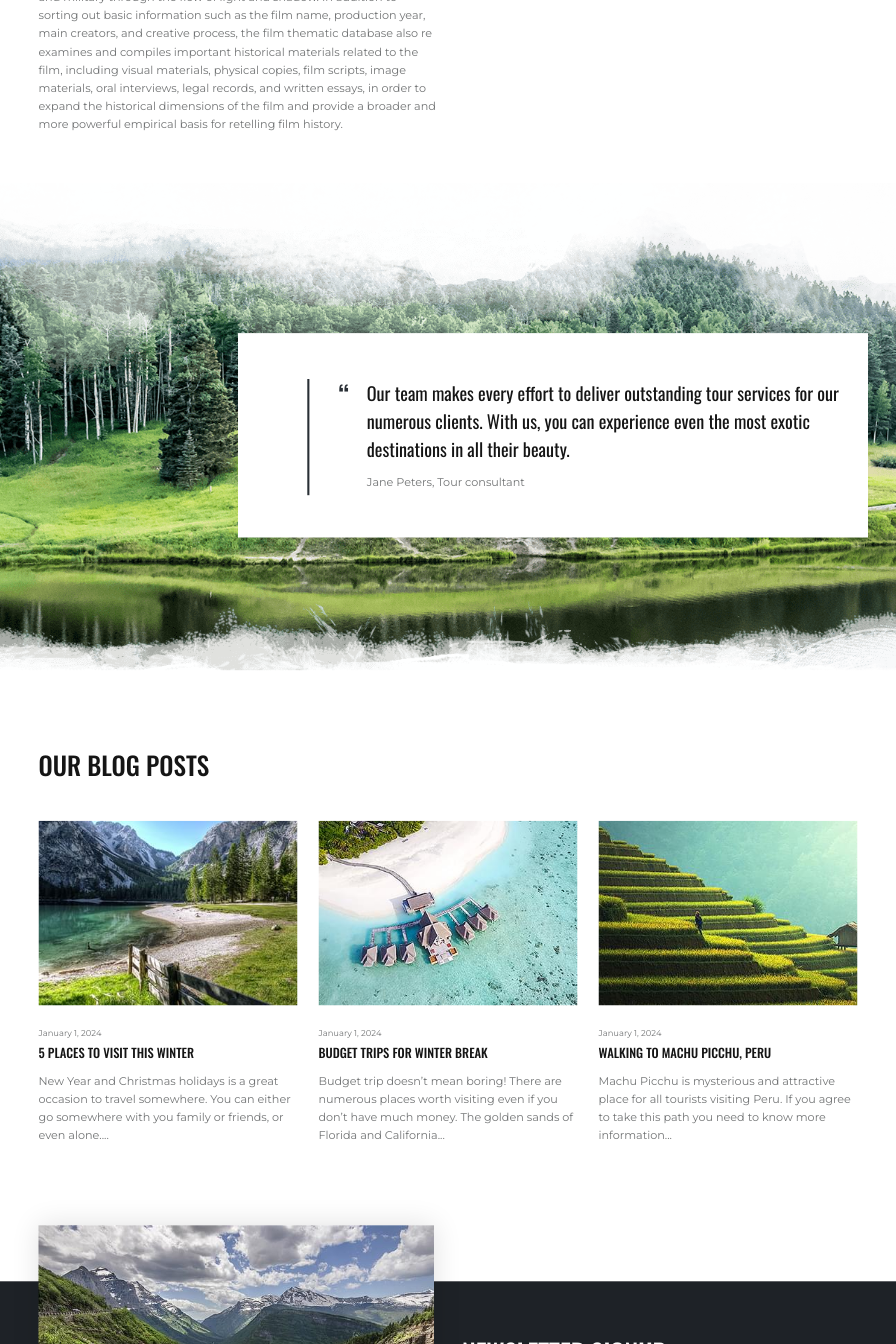
Repository: Jquarker/Modern-Film-Database
Page: index.html
These files come from the project's save history. The page is drawn as it stood at one moment and after the next save; the edit follows.
The browser window is 1280 px wide. The pictures show the part of the page from y = 3538 to 5458 px (the page is 5832 px tall before and 5762 px after), at 70% of full size.

Above is the page before, as saved 2025-02-21 12:15:25.

After the next save:
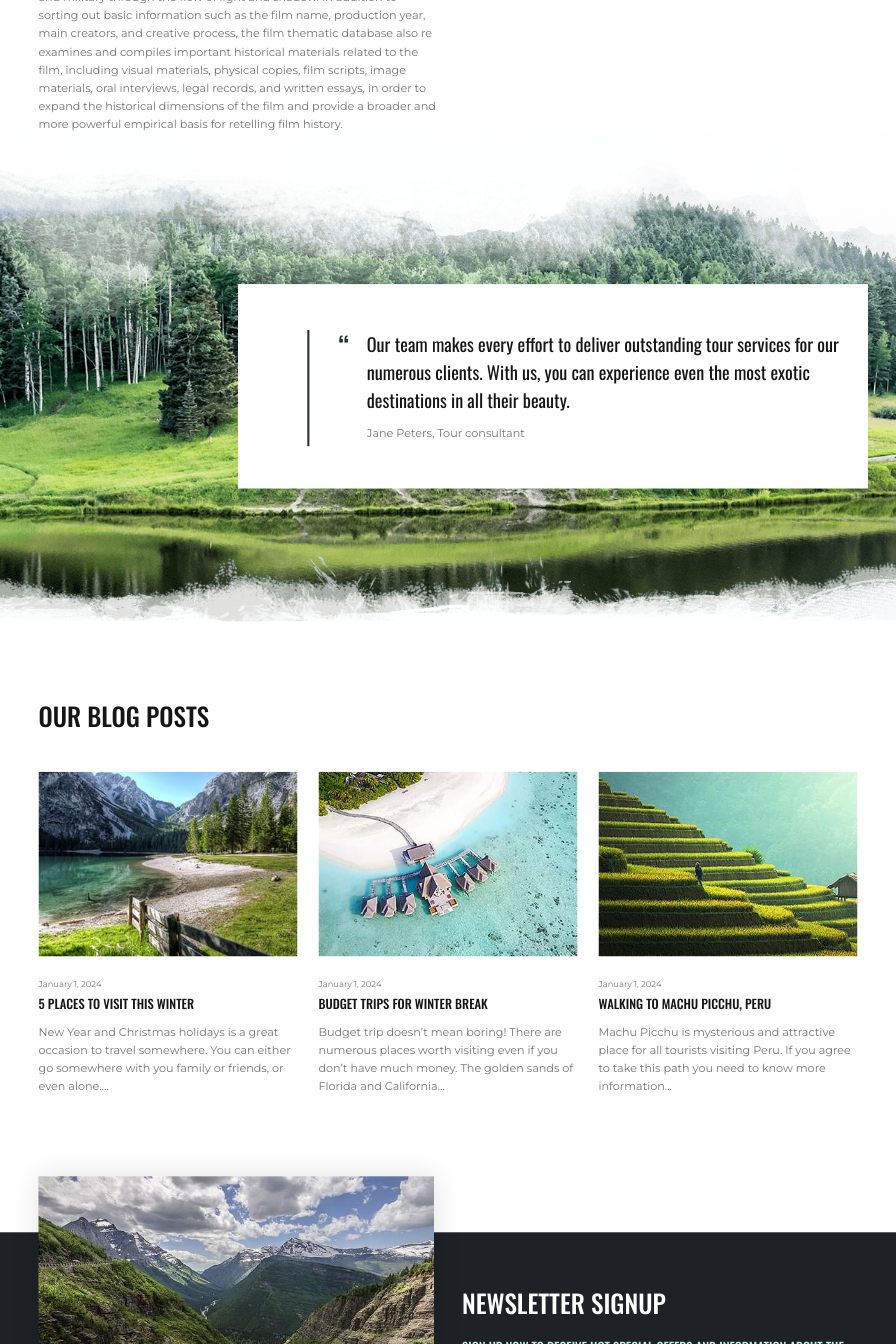
Saved 61 s later.
--- a/index.html
+++ b/index.html
@@ -266,11 +266,6 @@
             </div>
           </div>
 
-          <div class="row row-40 offset-lg">
-            <div class="col-xl-6 wow fadeInLeft">
-
-            </div>
-          </div>
         </div>
       </section>
       <section class="section section-lg bg-image-4">
